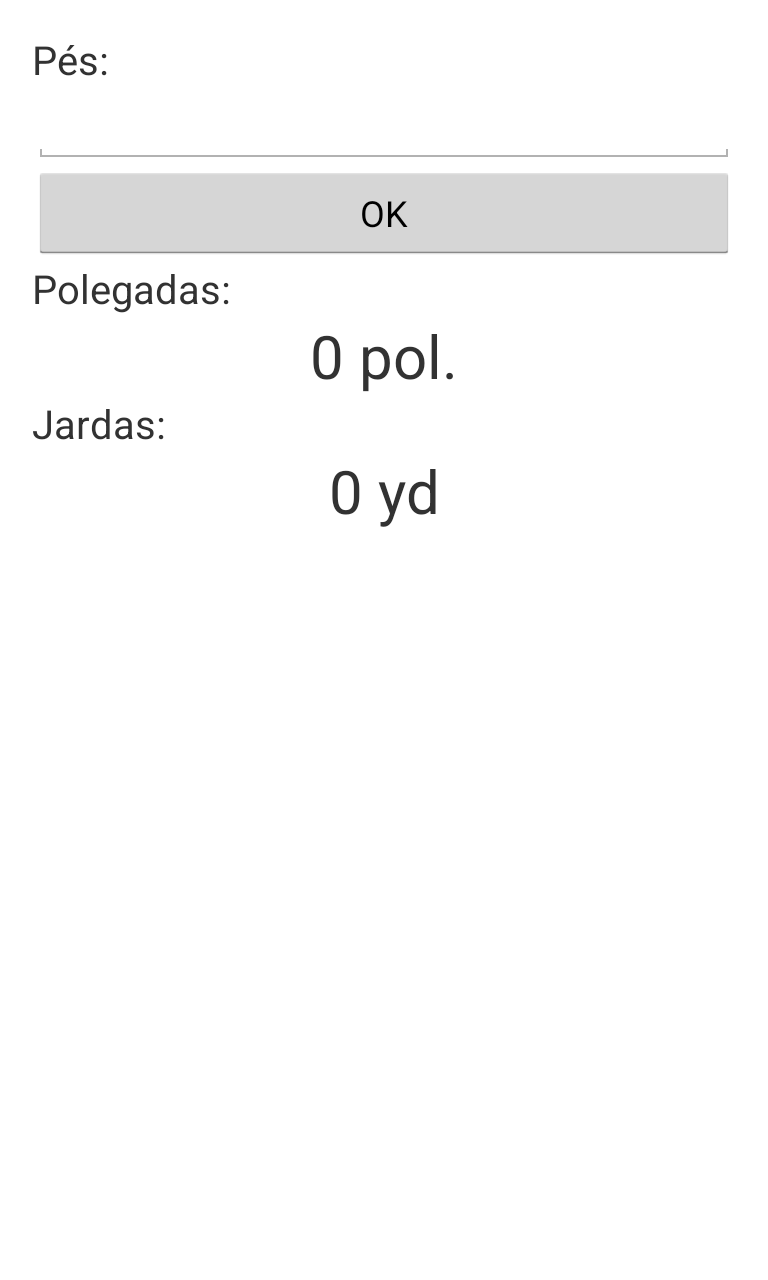
Repository: erickluz/Android
Layout: ConversaoDistancia/res/layout/activity_main.xml
An editor plug-in stored every save of this project. The layout is shown before and after the next save, followed by the edit.
It is drawn on a 768 x 1280 px phone screen (xhdpi) without system bars, with theme AppTheme; the app's code is not run.

Above is the layout before, as saved 2016-03-15 00:48:08.

### ConversaoDistancia/res/layout/activity_main.xml
<LinearLayout xmlns:android="http://schemas.android.com/apk/res/android"
    xmlns:tools="http://schemas.android.com/tools"
    android:layout_width="match_parent"
    android:layout_height="match_parent"
    android:paddingBottom="@dimen/activity_vertical_margin"
    android:paddingLeft="@dimen/activity_horizontal_margin"
    android:paddingRight="@dimen/activity_horizontal_margin"
    android:paddingTop="@dimen/activity_vertical_margin"
    android:orientation="vertical"
    tools:context="com.erick.conversaodistancia.MainActivity" >

    <TextView
        android:layout_width="wrap_content"
        android:layout_height="wrap_content"
        android:textSize="20sp"
        android:text="@string/pes" />

    <EditText
        android:id="@+id/txtPes"
        android:labelFor="@+id/txtPes"
        android:layout_width="fill_parent"
        android:layout_height="wrap_content"
        android:inputType="number"/>

    <Button
        android:id="@+id/btnOk"
        android:layout_width="fill_parent"
        android:layout_height="wrap_content"
        android:text="@string/btnOk"
        android:onClick="btnOkClick"/>

    <TextView
        android:layout_width="wrap_content"
        android:layout_height="wrap_content"
        android:textSize="20sp"
        android:text="@string/polegadas" />

    <TextView
        android:id="@+id/lblPolegadas"
        android:layout_width="fill_parent"
        android:layout_height="wrap_content"
        android:gravity="center"
        android:textSize="30sp"
        android:text="@string/pol"/>

     <TextView
        android:layout_width="wrap_content"
        android:layout_height="wrap_content"
        android:textSize="20sp"
        android:text="@string/jardas" />

    <TextView
        android:id="@+id/lblJardas"
        android:layout_width="fill_parent"
        android:layout_height="wrap_content"
        android:textSize="30sp"
        android:gravity="center"
        android:text="@string/jar"/>

</LinearLayout>

### ConversaoDistancia/res/values/strings.xml
<?xml version="1.0" encoding="utf-8"?>
<resources>

    <string name="app_name">ConversaoDistancia</string>
    <string name="hello_world">Hello world!</string>
    <string name="action_settings">Settings</string>
    <string name="pes">Pés:</string>
    <string name="btnOk">OK</string>
    <string name="polegadas">Polegadas:</string>
    <string name="pol">0 pol.</string>
    <string name="jardas">Jardas:</string>
    <string name="jar">0 yd</string>

</resources>

Loaded but not shown: ConversaoDistancia/res/values/styles.xml (common file); ConversaoDistancia/res/values-v11/styles.xml (common file); ConversaoDistancia/res/values-v14/styles.xml (common file); ConversaoDistancia/res/values/dimens.xml (common file); ConversaoDistancia/res/values-w820dp/dimens.xml (common file)

After the next save:
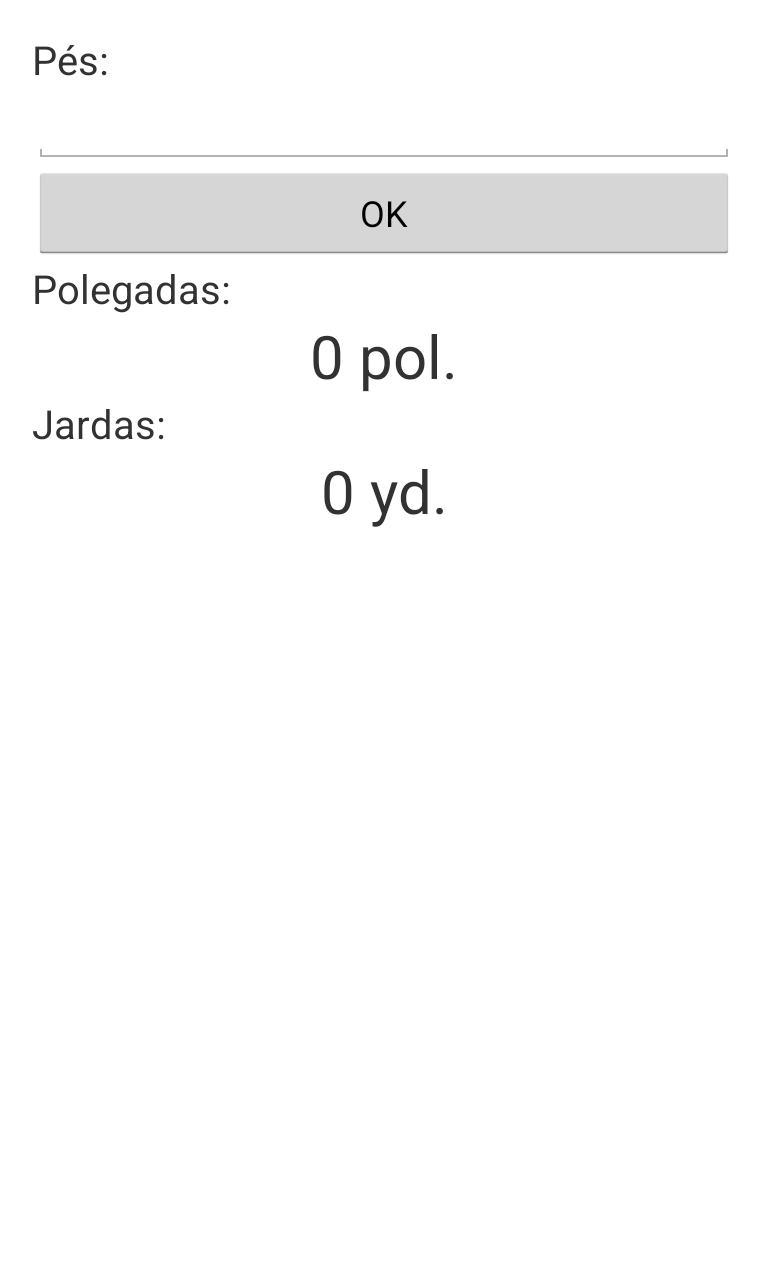
Saved 15 s later.
--- a/ConversaoDistancia/res/values/strings.xml
+++ b/ConversaoDistancia/res/values/strings.xml
@@ -9,6 +9,6 @@
     <string name="polegadas">Polegadas:</string>
     <string name="pol">0 pol.</string>
     <string name="jardas">Jardas:</string>
-    <string name="jar">0 yd</string>
+    <string name="jar">0 yd.</string>
 
 </resources>
